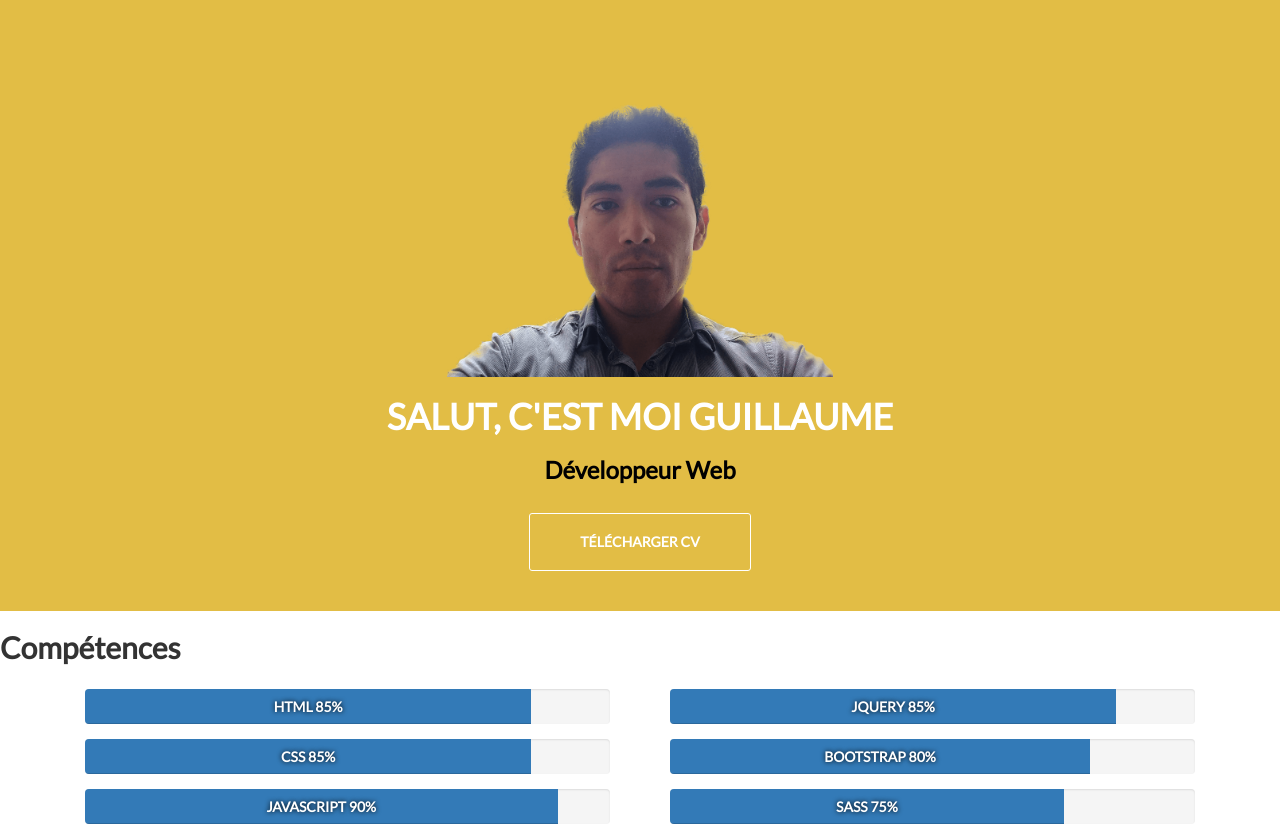
Repository: 0Memo/mon-cv
Page: index.html
The author's editor kept a copy of each file at every save. The page is drawn from the files as they stood at one save, then again after the next save.
The browser window is 1280 px wide. The pictures show the whole page.

Above is the page before, as saved 2020-12-28 21:02:53.

### index.html
<!DOCTYPE html>
<html lang="en">
    <head>
        <meta charset="UTF-8">
        <meta name="viewport" content="width=device-width, initial-scale=1.0">
        <meta name="description" content="Voici mon cv, vous pourrez découvrir mon parcours de formation, et mes expériences professionnelles">
        <meta name="author" content="Guillaume Mehats">
        <title>Mon CV</title>
        <link rel="preconnect" href="https://fonts.gstatic.com">
        <link href="https://fonts.googleapis.com/css2?family=Lato&display=swap" rel="stylesheet">
        <link rel="stylesheet" href="css/bootstrap.min.css">
        <link rel="stylesheet" href="css/styles.css">
        <link rel="shortcut icon" href="img/colombia.png">
    </head>
    <body>
        <section id="about" class="container-fluid">
            <div class="col-xs-8 col-md-4 profile-picture">
                <img src="img/photo.png" alt="Guillaume" class="rounded-circle">
            </div>
            <div class="heading">
                <h1>Salut, c'est moi Guillaume</h1>
                <h3>Développeur Web</h3>
                <a href="docs/CV_Guillaume_Mehats.pdf" class="button1">Télécharger CV</a>
            </div>
        </section>

        <section id="skills">
            <div class="yellow-divider">
            </div>
            <div class="heading">
                <h2>Compétences</h2>
            </div>
            <div class="container">
                <div class="row">
                    <div class="col-md-6">
                        <div class="progress">
                            <div class="progress-bar" role="progressbar" aria-valuenow="85" aria-valuemin="0" aria-valuemax="100" style="width:85%">
                                <h5>HTML 85%</h5>
                            </div>
                        </div>
                        <div class="progress">
                            <div class="progress-bar" role="progressbar" aria-valuenow="85" aria-valuemin="0" aria-valuemax="100" style="width:85%">
                                <h5>CSS 85%</h5>
                            </div>
                        </div>
                        <div class="progress">
                            <div class="progress-bar" role="progressbar" aria-valuenow="90" aria-valuemin="0" aria-valuemax="100" style="width:90%">
                                <h5>JAVASCRIPT 90%</h5>
                            </div>
                        </div>
                    </div>
                    <div class="col-md-6">
                        <div class="progress">
                            <div class="progress-bar" role="progressbar" aria-valuenow="85" aria-valuemin="0" aria-valuemax="100" style="width:85%">
                                <h5>JQUERY 85%</h5>
                            </div>
                        </div>
                        <div class="progress">
                            <div class="progress-bar" role="progressbar" aria-valuenow="80" aria-valuemin="0" aria-valuemax="100" style="width:80%">
                                <h5>BOOTSTRAP 80%</h5>
                            </div>
                        </div>
                        <div class="progress">
                            <div class="progress-bar" role="progressbar" aria-valuenow="75" aria-valuemin="0" aria-valuemax="100" style="width:75%">
                                <h5>SASS 75%</h5>
                            </div>
                        </div>
                    </div>
                </div>
            </div>
        </section>


        <script src="js/jquery-3.5.1.min.js"></script>
        <script src="https://cdn.jsdelivr.net/npm/popper.js@1.16.0/dist/umd/popper.min.js" integrity="sha384-Q6E9RHvbIyZFJoft+2mJbHaEWldlvI9IOYy5n3zV9zzTtmI3UksdQRVvoxMfooAo" crossorigin="anonymous"></script>
        <script src="js/bootstrap.min.js"></script>
        <script src="js/script.js"></script>
    </body>
</html>

### css/styles.css
body {
    font-family: 'Lato', sans-serif;
}

h1, h2, h3, h4, h5, h6 {
    font-weight: bold;
}


.profile-picture {
    text-align: center;
    margin: 0 auto;
    float: none;
}

img {
    max-width: 100%;
    height: auto;
}
#about {
    padding-top: 100px;
    background: #e2bd45;
}

#about  .heading {
    text-align: center;
    padding-bottom: 40px;
}

#about .heading h1 {
    color: #fff;
    text-transform: uppercase;
}

#about .heading h3 {
    color: #000;
}

#about .heading .button1 {
    color: #fff;
    font-weight: bold;
    text-transform: uppercase;
    border: 1px solid #fff;
    margin-top: 20px;
    display: inline-block;
    padding: 18px 50px;
    border-radius: 3px;
    transition: all 0.3s ease-in 0s;
}

#about .heading .button1:hover {
    text-decoration: none;
    background: #fff;
    color: #e2bd45;
}

#skills .progress {
    margin: 15px;
    height: 35px;
    font-size: 18px;
    text-shadow: 0 0 5px #000;
}

Loaded but not shown: css/bootstrap.min.css (library); js/jquery-3.5.1.min.js (library); js/bootstrap.min.js (library); js/script.js (no copy from this time; the picture is the same without it)

After the next save:
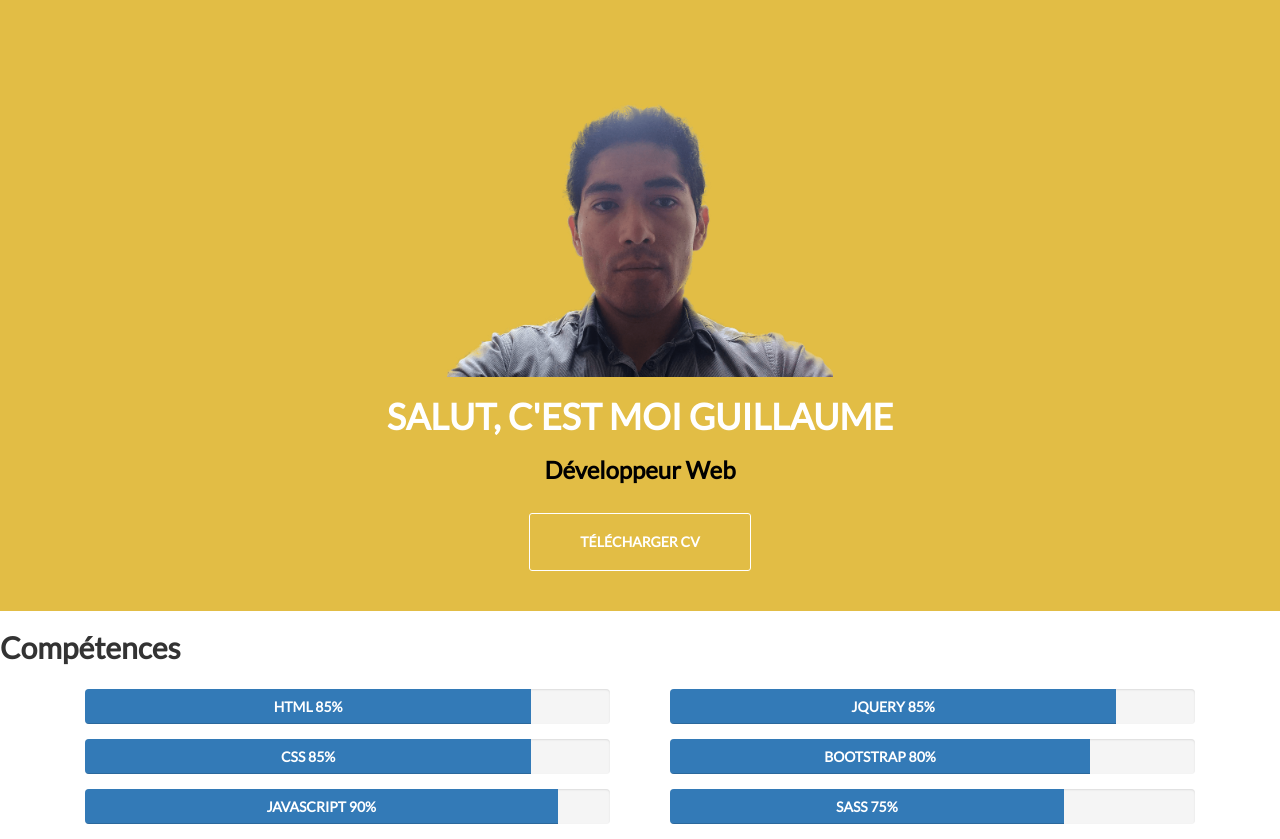
Saved 47 s later.
--- a/css/styles.css
+++ b/css/styles.css
@@ -57,6 +57,8 @@
 #skills .progress {
     margin: 15px;
     height: 35px;
-    font-size: 18px;
-    text-shadow: 0 0 5px #000;
 }
+
+#skills .progress .progress-bar h5 {
+    text-shadow
+}

After the save that followed:
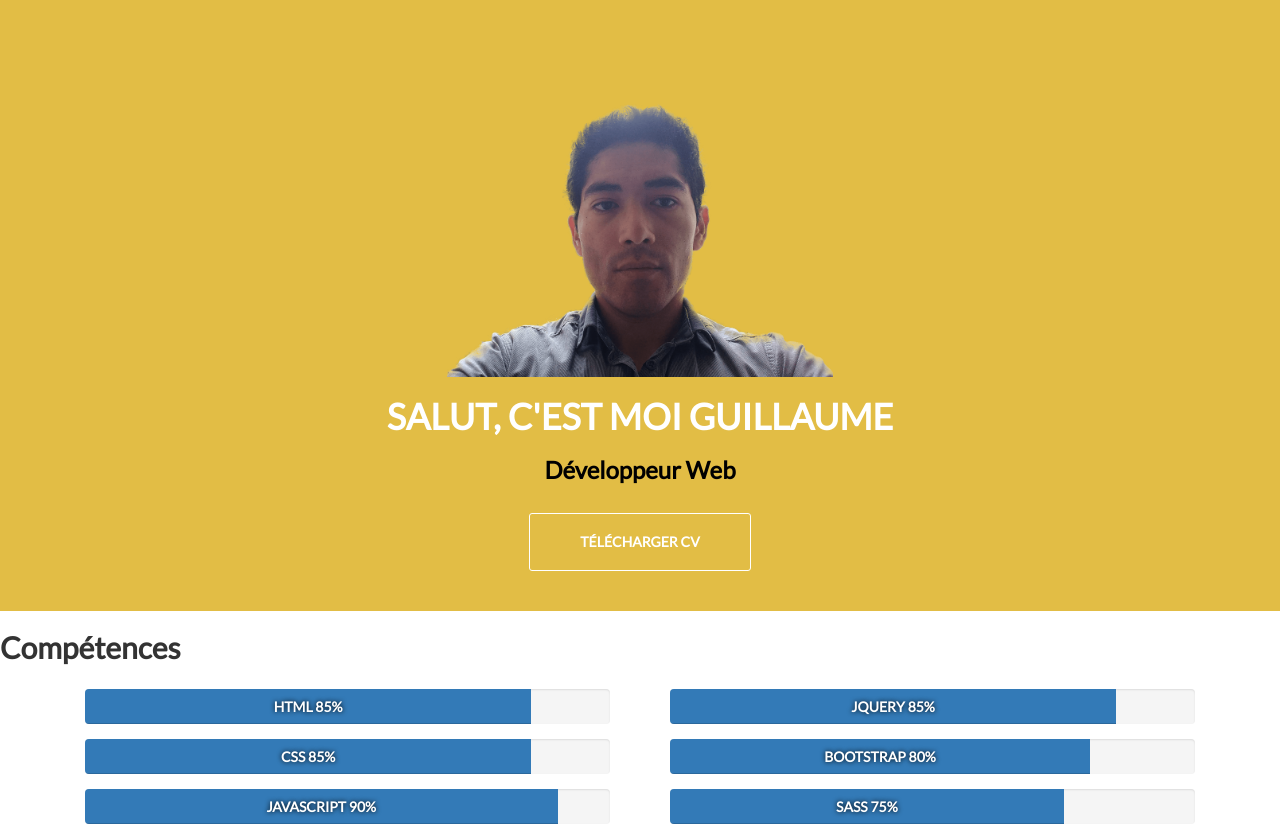
Saved 8 s later.
--- a/css/styles.css
+++ b/css/styles.css
@@ -60,5 +60,5 @@
 }
 
 #skills .progress .progress-bar h5 {
-    text-shadow
+    text-shadow: 0 0 5px #000;
 }
